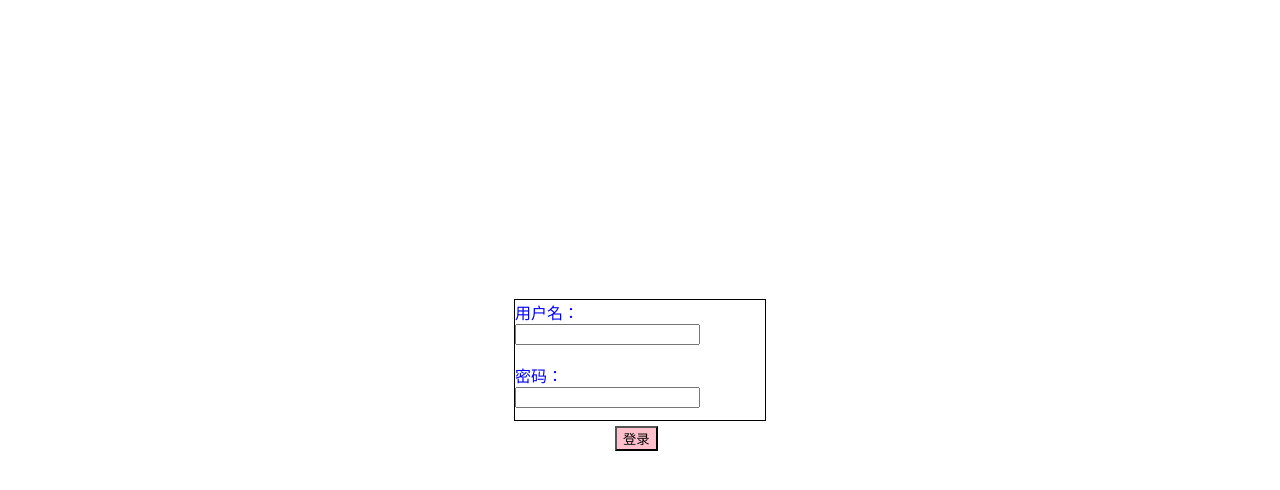
Repository: guirui-li/StudyJavaWeb
Page: http://localhost/JavawebTest/experiment02/login.jsp
The author's editor kept a copy of each file at every save. The page is drawn from the files as they stood at one save, then again after the next save.
The browser window is 1280 px wide. The pictures show the whole page.
The page is served by Tomcat 9.

Above is the page before, as saved 2019-05-03 06:23:34.

After the next save:
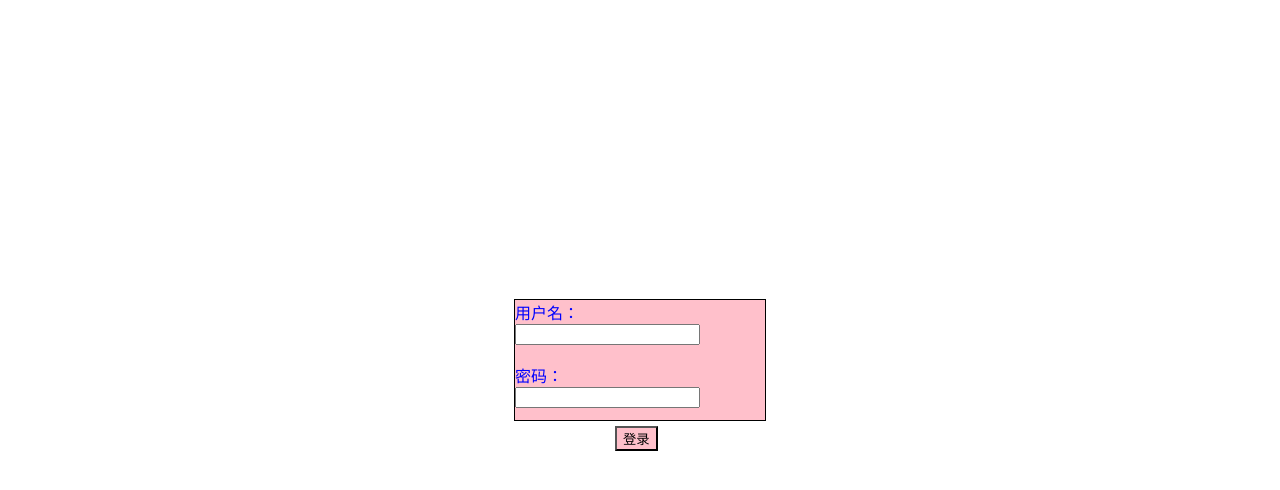
Saved 25 s later.
--- a/JavawebTest/WebContent/experiment02/login.jsp
+++ b/JavawebTest/WebContent/experiment02/login.jsp
@@ -20,6 +20,7 @@
 			border: 1px solid black;
 			width:250px;
 			height:120px;
+			background-color:pink;
 			position:absolute;
 			top:50%;
 			left:50%;
